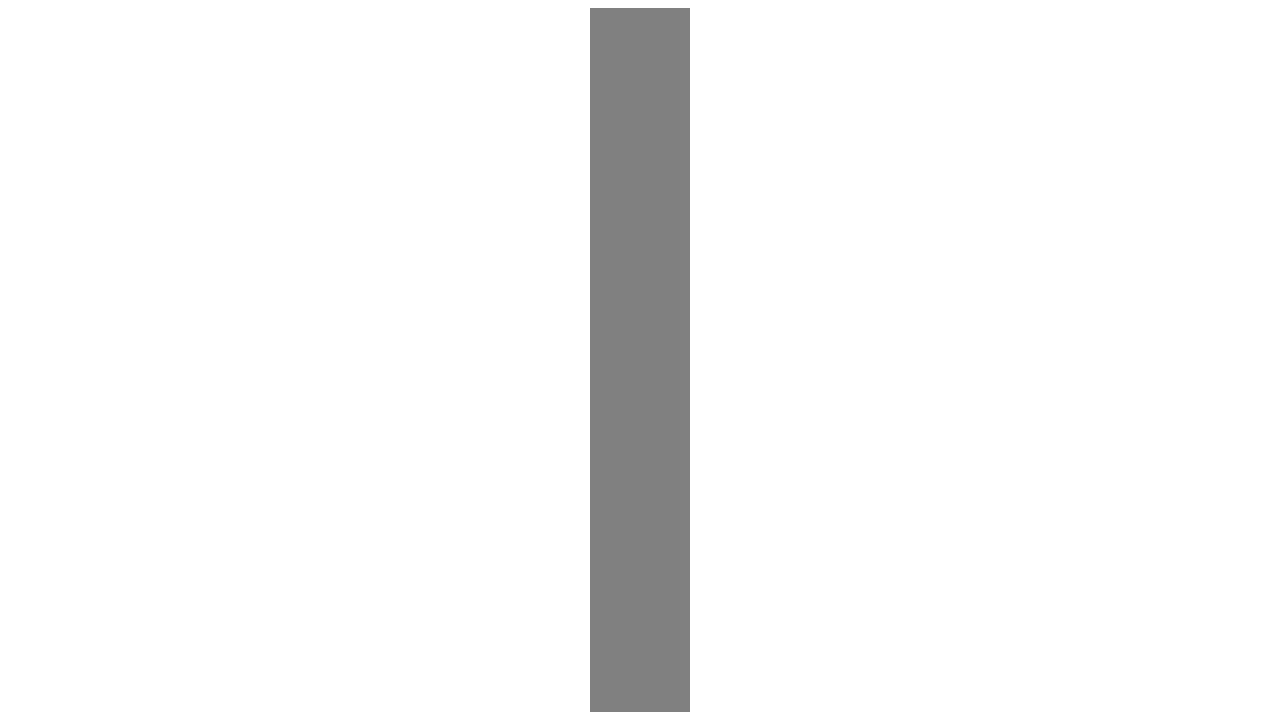
Repository: Sarah7223/internet-programming-tp
Page: TP2/TP02.6.html
These files come from the project's save history. The page is drawn as it stood at one moment and after the next save; the edit follows.
The browser window is 1280 px wide. The pictures show the whole page.

Above is the page before, as saved 2023-01-14 12:39:16.

### TP2/TP02.6.html
<html>

<head>
    <style>
        .background{
            height: 100%;
            width: 100%;
            display: flex;
            justify-content: center;
            align-items: center;
            flex-direction: row;
        }
        .first-raw{
            width: 100px;
            height:100%;
            background-color: grey;
        }
        .second-raw{

        }


    </style>
</head>
<body>
    <div class="background">
        <div class="first-raw">

        </div>
        <div class="second-raw">

        </div>

    </div>



    <script>


    </script>

</body>
</html>

After the next save:
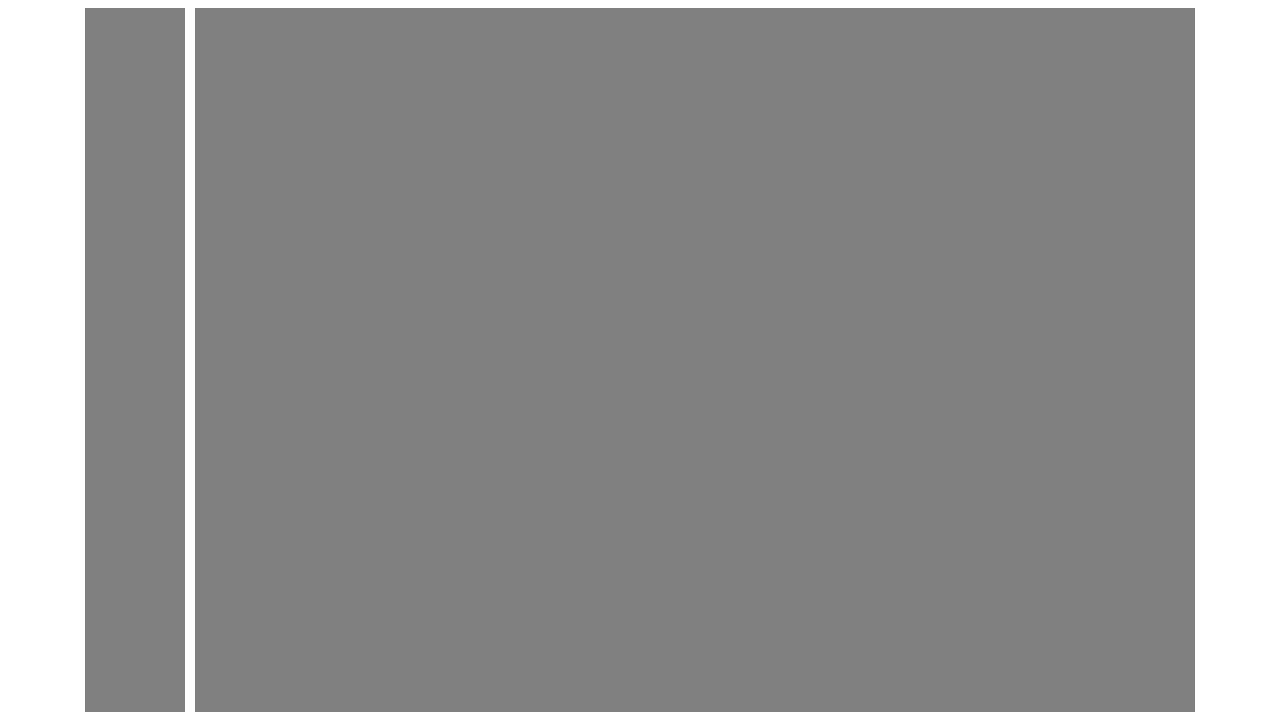
Saved 42 s later.
--- a/TP2/TP02.6.html
+++ b/TP2/TP02.6.html
@@ -14,9 +14,13 @@
             width: 100px;
             height:100%;
             background-color: grey;
+            margin: 5px;
         }
         .second-raw{
-
+            width: 1000px;
+            height:100%;
+            background-color: grey;
+            margin: 5px;
         }
 
 
